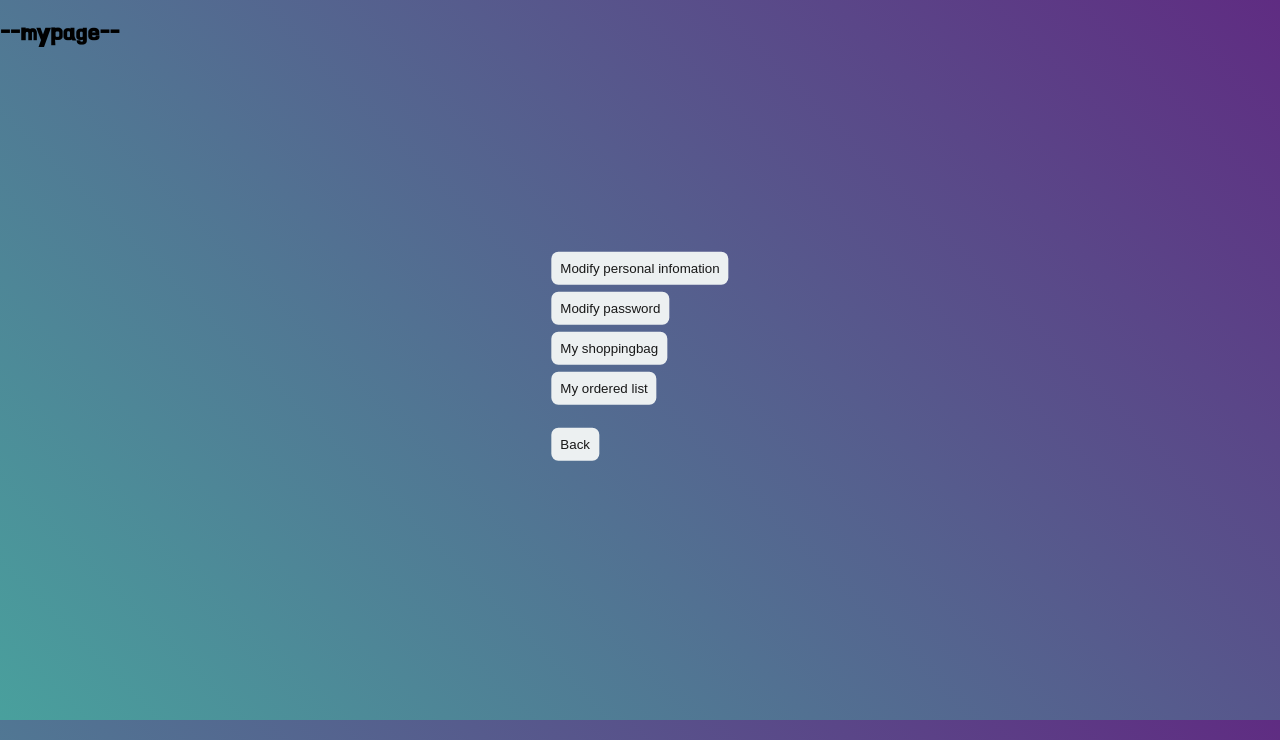
Repository: MIR013/KNU_DB_Project_Team5
Page: dbphase/Databaase/WebContent/my_page.html
These files come from the project's save history. The page is drawn as it stood at one moment and after the next save; the edit follows.
The browser window is 1280 px wide. The pictures show the whole page.

Above is the page before, as saved 2018-11-22 10:51:35.

After the next save:
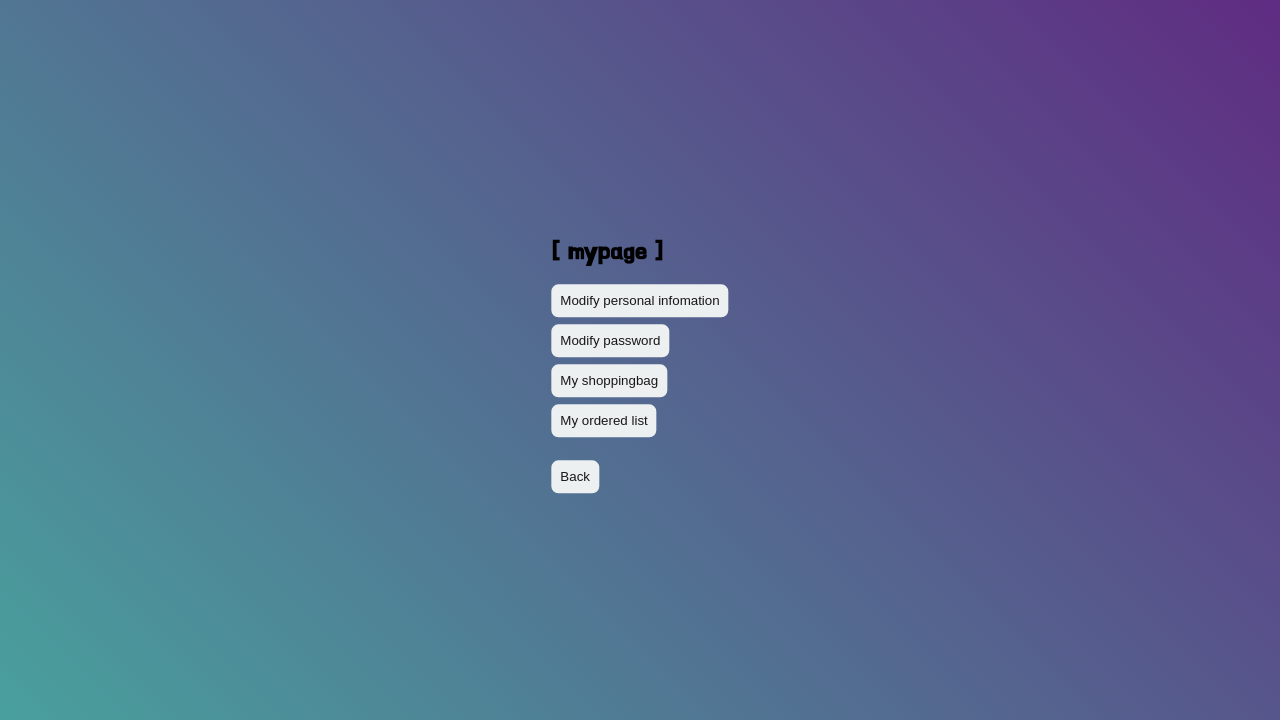
Saved 49 s later.
--- a/dbphase/Databaase/WebContent/my_page.html
+++ b/dbphase/Databaase/WebContent/my_page.html
@@ -6,11 +6,12 @@
 <title>Insert title here</title>
 </head>
 <body>
-<h2> --mypage-- </h2>
 
 <form>
 	<div class="container">
-
+	<tr>
+		<th><h2> [ mypage ] </h2></th>
+	</tr>
 	<input type="button" value="Modify personal infomation" onclick="location.href='my_page_personal.html'"/>
 	</br>
 
